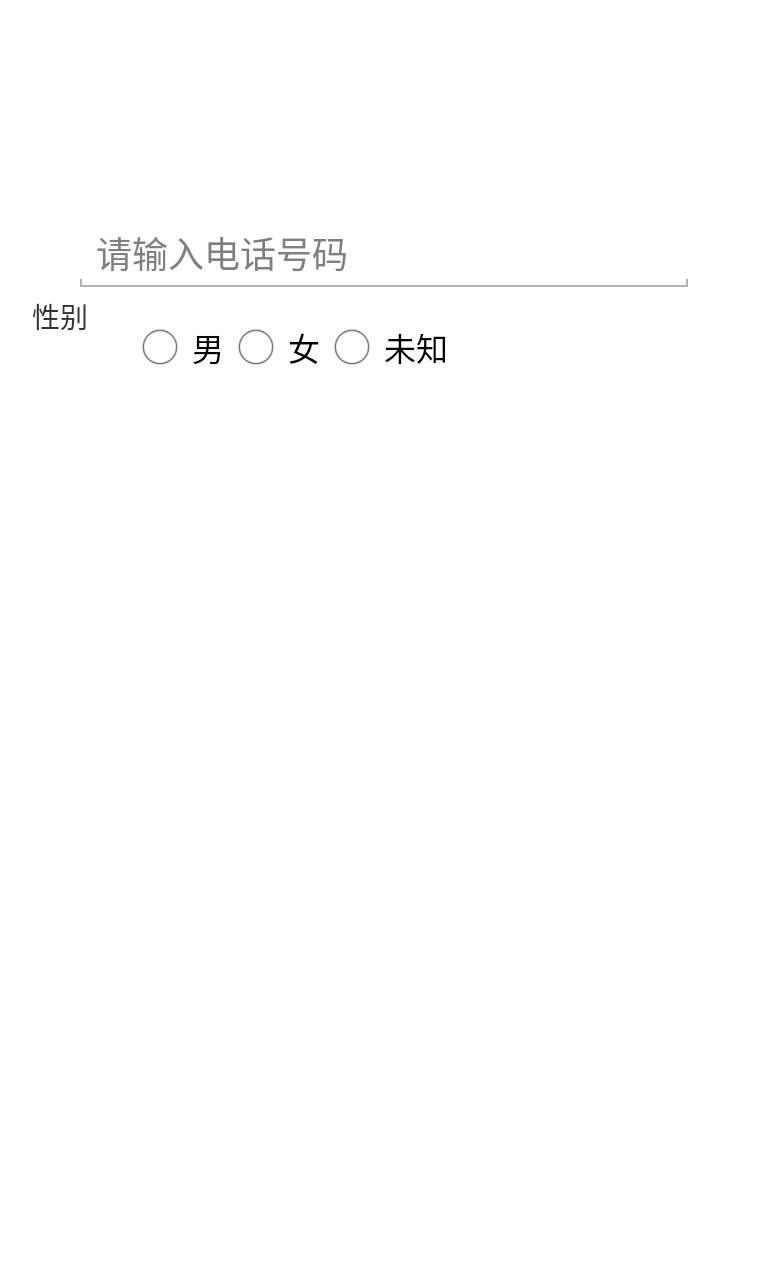
Repository: sonyi/androidClass
Layout: day04/PhoneDemo/res/layout/activity_main.xml
The author's editor kept a copy of each file at every save. The layout is drawn from the files as they stood at one save, then again after the next save.
It is drawn on a 768 x 1280 px phone screen (xhdpi) without system bars, with theme AppTheme; the app's code is not run.

Above is the layout before, as saved 2014-05-29 09:48:51.

After the next save:
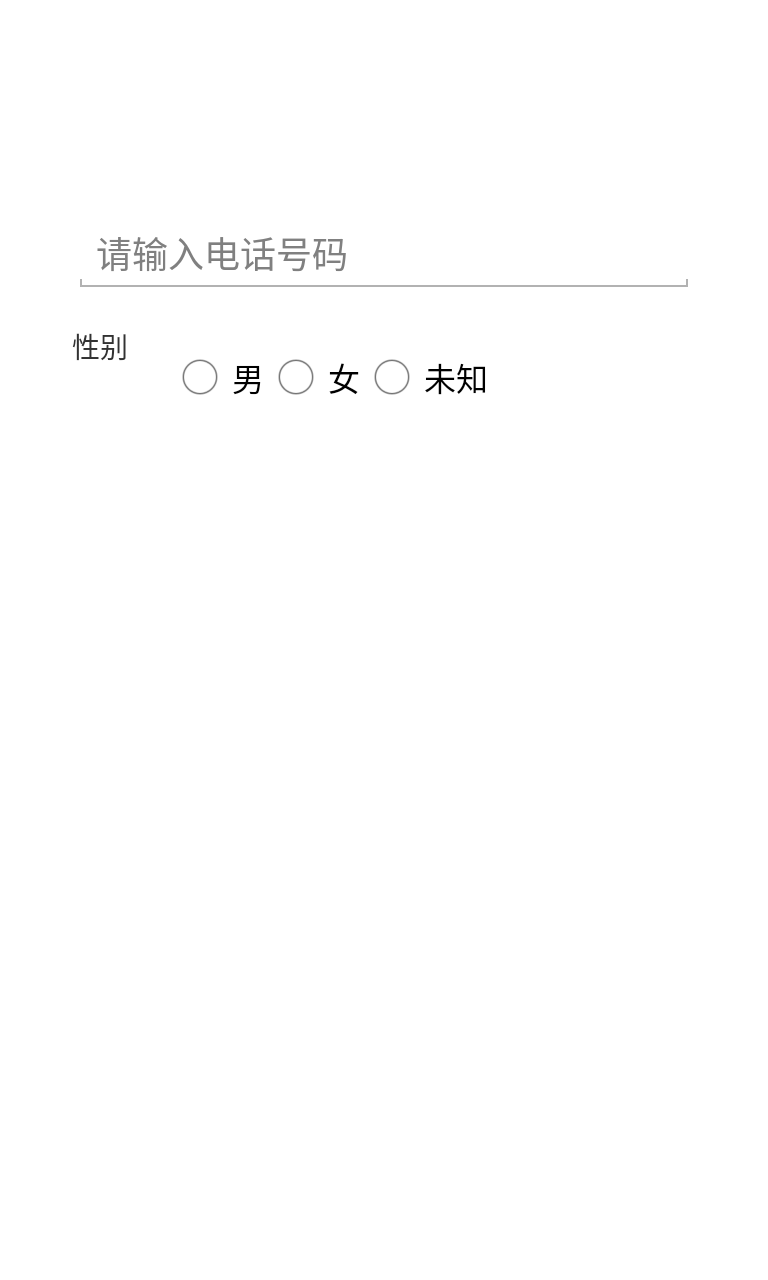
Saved 31 s later.
--- a/day04/PhoneDemo/res/layout/activity_main.xml
+++ b/day04/PhoneDemo/res/layout/activity_main.xml
@@ -31,6 +31,8 @@
         android:id="@+id/tv_sex"
         android:layout_width="wrap_content"
         android:layout_height="wrap_content"
+         android:layout_marginTop="15dp"
+        android:layout_marginLeft="20dp"
         android:layout_below="@id/phone_number"
         android:text="@string/sex" />
 
